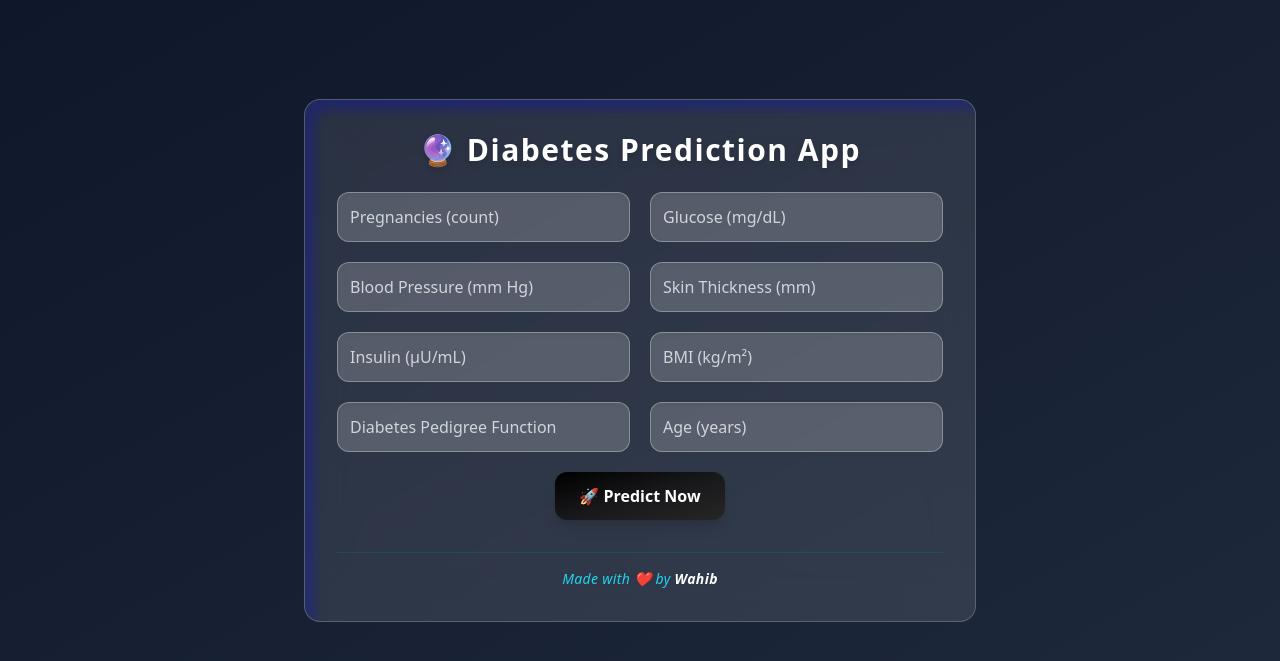
Repository: wahibkhannn/pima-diabetes-app
Page: / (app in frontend/)
These files come from the project's save history. The page is drawn as it stood at one moment and after the next save; the edit follows.
The browser window is 1280 px wide. The pictures show the whole page.
The project was rebuilt for these pictures with package versions that can differ from the ones it lists, and the page was loaded fresh each time.

Above is the page before, as saved 2025-06-30 20:54:43.

After the next save:
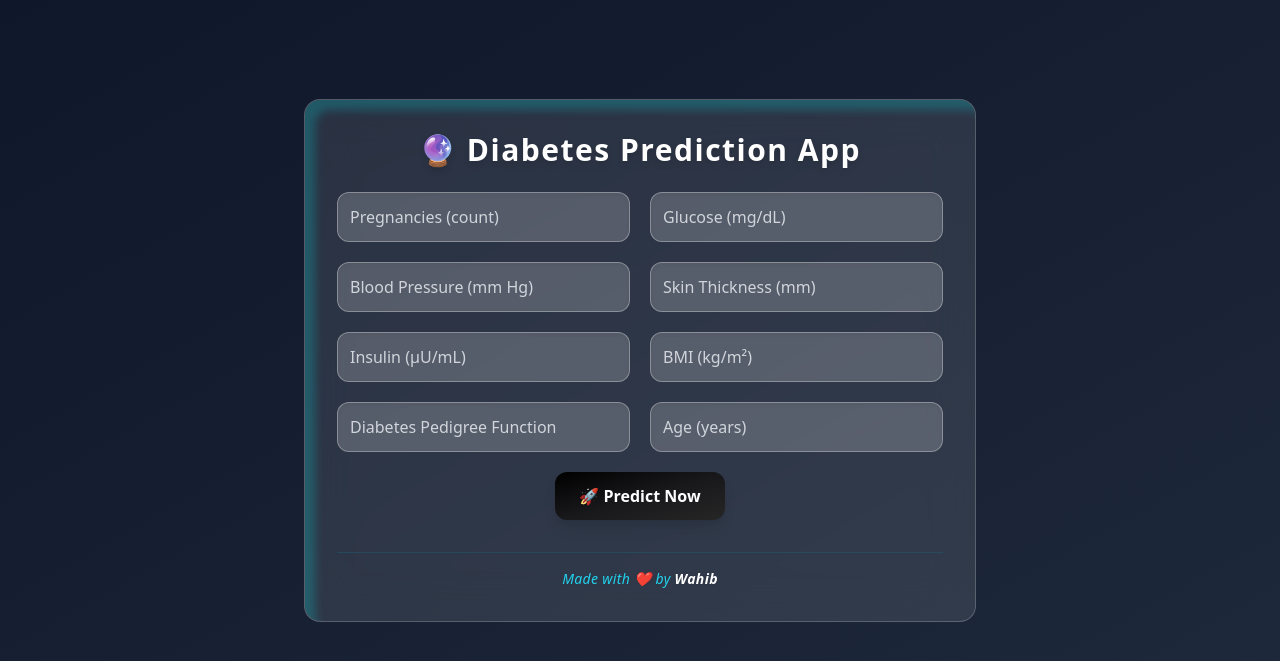
Saved 5 s later.
--- a/frontend/src/DiabetesPredictor.js
+++ b/frontend/src/DiabetesPredictor.js
@@ -43,7 +43,7 @@ const DiabetesPredictor = () => {
 
   return (
     <div className="min-h-screen flex items-center justify-center bg-gradient-to-br from-[#0f172a] to-[#1e293b] text-white font-sans">
-      <div className="bg-white/10 backdrop-blur-xl border border-white/20 shadow-2xl rounded-2xl p-8 w-full max-w-2xl" style={{ boxShadow: 'inset 10px 10px 10px rgba(0, 0, 255, 0.2)' }}>
+      <div className="bg-white/10 backdrop-blur-xl border border-white/20 shadow-2xl rounded-2xl p-8 w-full max-w-2xl" style={{ boxShadow: 'inset 10px 10px 10px rgba(0, 255, 255, 0.2)' }}>
         <h2 className="text-3xl font-bold text-center text-white mb-6 drop-shadow-md tracking-wider hover:text-gray-300 transition-all duration-200
 ">
           🔮 Diabetes Prediction App
